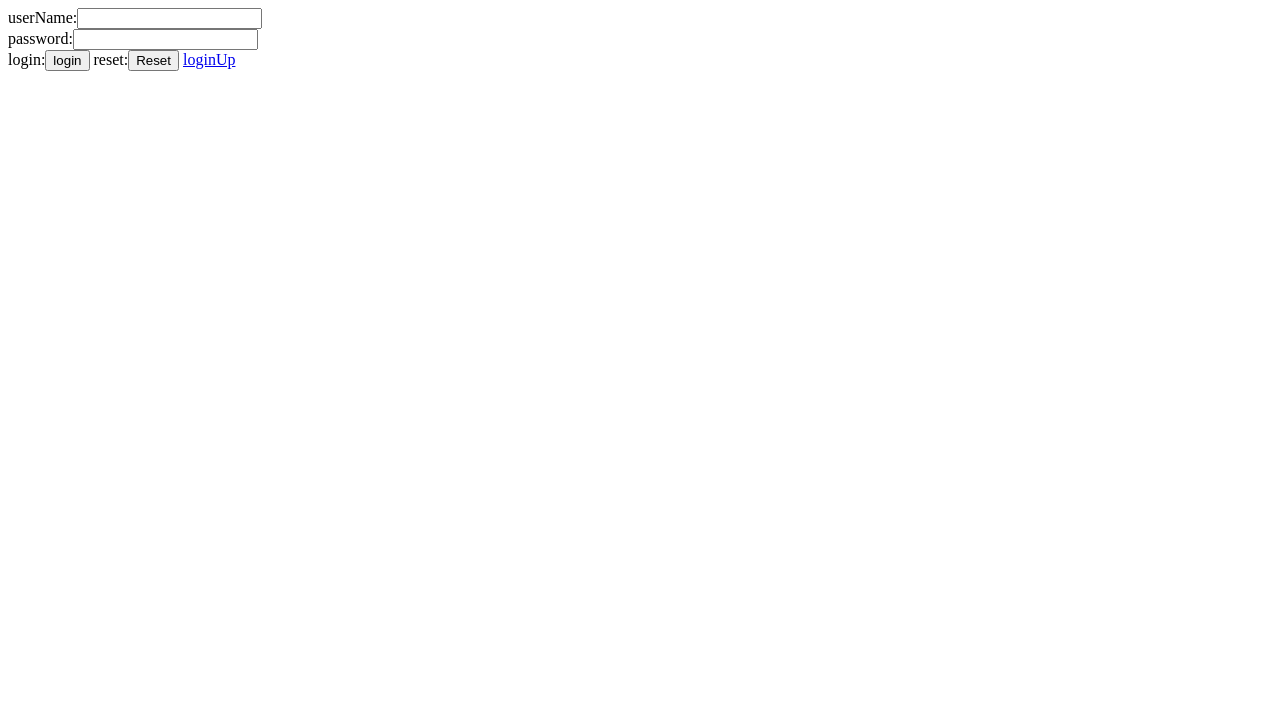
Repository: OnlineWaAndRe/mysql-jsp-examFinal
Page: http://localhost/exam/
The author's editor kept a copy of each file at every save. The page is drawn from the files as they stood at one save, then again after the next save.
The browser window is 1280 px wide. The pictures show the whole page.
The page is served by Tomcat 9.

Above is the page before, as saved 2019-06-17 09:53:45.

After the next save:
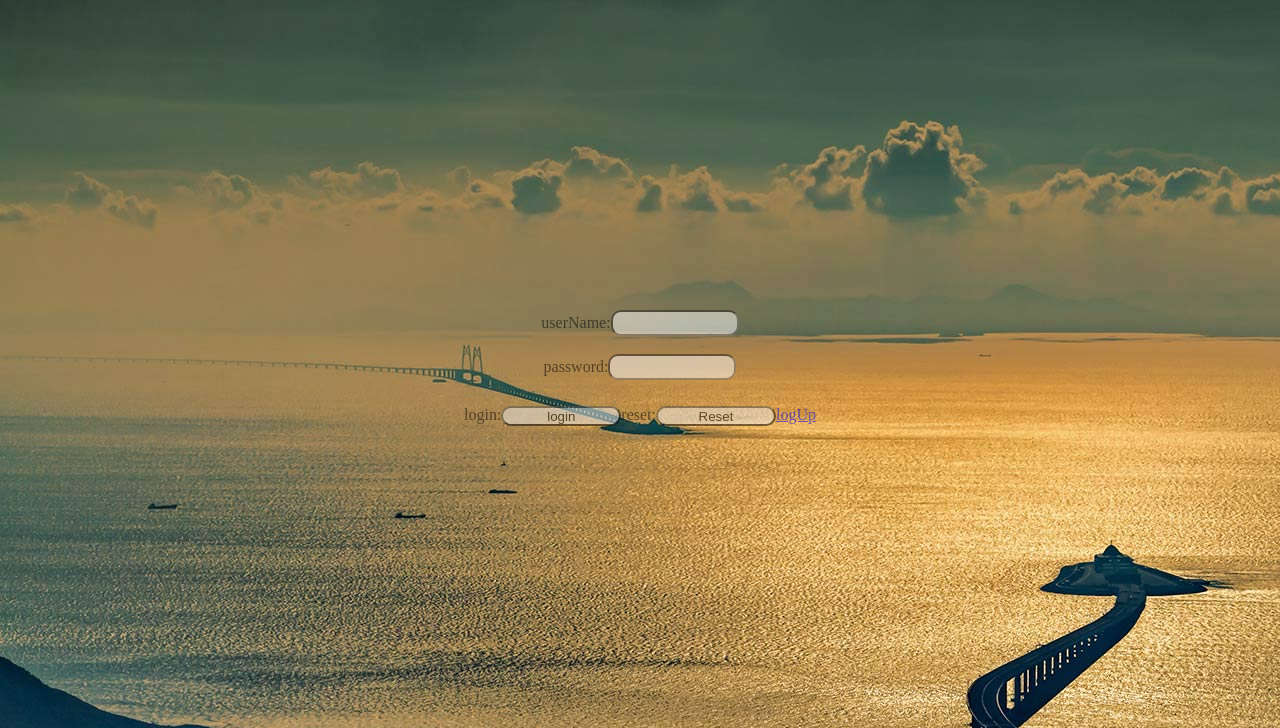
Saved 65 s later.
--- a/exam/WebContent/index.jsp
+++ b/exam/WebContent/index.jsp
@@ -1,17 +1,64 @@
-<%@ page language="java" contentType="text/html; charset=ISO-8859-1"
-    pageEncoding="ISO-8859-1"%>
+<%@ page language="java" contentType="text/html; charset=utf-8"
+    pageEncoding="utf-8"%>
 <!DOCTYPE html PUBLIC "-//W3C//DTD HTML 4.01 Transitional//EN" "http://www.w3.org/TR/html4/loose.dtd">
 <html>
 <head>
-<meta http-equiv="Content-Type" content="text/html; charset=ISO-8859-1">
-<title>Insert title here</title>
+<meta http-equiv="Content-Type" content="text/html; charset=utf-8">
+<title>****</title>
+	<style type="text/css">
+		input{
+			border-radius: 10px;
+			width:120px;
+			height:20px;
+		}
+		#logset{
+			text-align:center;
+			opacity:0.5;
+		}
+		#subset{
+			opacity:0.5;
+			margin-top:.5rem;
+			border-radius:15px;
+			text-align: center;
+			display: flex;
+			justify-content: center;
+		}
+		html, body{
+			height:100%;
+		}
+		body{
+			background-image:url("imags/login.jpg");
+			display: flex;
+			align-items: center;
+			justify-content: center;
+		}
+	</style>
 </head>
 <body>
 	<form action="LoginServlet" method = post>
-		userName:<input type = "txt" name = "userName"><br>
-		password:<input type = "password" name = "userPassword"><br>
-		login:<input type = "submit" value = "login"> reset:<input type = "reset">
-		<a href = "logUp.jsp">loginUp</a>
+	<%
+		String userName = "";
+		String userPassword = "";
+		Cookie[] cookies = request.getCookies();
+		if(cookies!= null){
+			for(Cookie c:cookies){
+				if(c.getName().equals("userNameCookie")){
+					userName = c.getValue();
+				}
+				if(c.getName().equals("userPasswordCookie")){
+					userPassword = c.getValue();
+				}
+			}
+		}
+	%>
+	    <div id = "logset">
+			userName:<input type = "text" name = "userName" value = <%=userName %>><br><br>
+			password:<input type = "password" name = "userPassword" value =<%=userPassword%>><br><br>
+		</div>
+		<div id = "subset">
+			login:<input type = "submit" value = "login"> reset:<input type = "reset">
+			<a href = "logUp.jsp">logUp</a>
+		</div>
 	</form>
 </body>
 </html>
